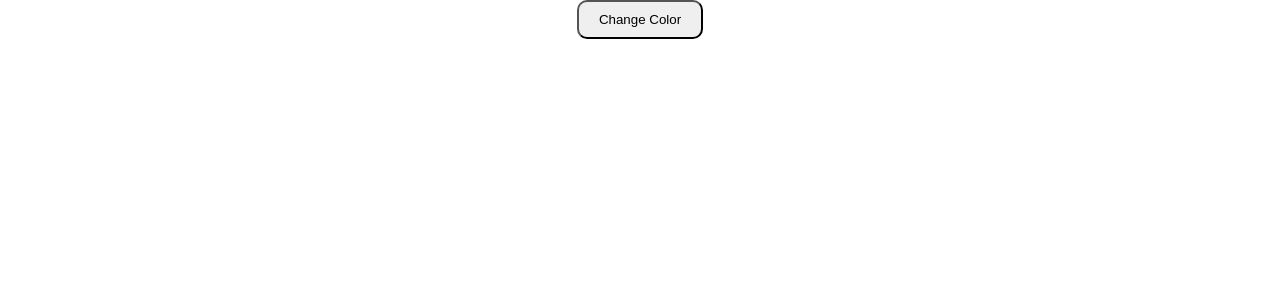
Repository: minhvtQA/randomBackgroundColor
Page: index.html
An editor plug-in stored every save of this project. The page is shown before and after the next save, followed by the edit.
The browser window is 1280 px wide. The pictures show the whole page.

Above is the page before, as saved 2021-11-07 16:54:08.

### index.html
<!DOCTYPE html>
<html lang="en">
<head>
    <meta charset="UTF-8">
    <meta http-equiv="X-UA-Compatible" content="IE=edge">
    <meta name="viewport" content="width=device-width, initial-scale=1.0">
    <title>Document</title>

    <link rel="stylesheet" href="reset.css">
    <link rel="stylesheet" href="styles.css">
    <link href="https://fonts.googleapis.com/css2?family=Poppins:wght@100;300;700&display=swap" rel="stylesheet">
    <link rel="stylesheet" href="https://cdnjs.cloudflare.com/ajax/libs/font-awesome/6.0.0-beta2/css/all.min.css" integrity="sha512-YWzhKL2whUzgiheMoBFwW8CKV4qpHQAEuvilg9FAn5VJUDwKZZxkJNuGM4XkWuk94WCrrwslk8yWNGmY1EduTA==" crossorigin="anonymous" referrerpolicy="no-referrer" />
</head>
<body>
    <div class="background">
        <button>Change Color</button>
    </div>
    <script src=""></script>
</body>
</html>

### styles.css
html {
  margin: 0;
  padding: 0;
  font-size: 62.5%;
}
.background {
  text-align: center;
}
button {
  padding: 1rem 2rem;
  border-radius: 1rem;
  text-align: center;
}

Loaded but not shown: reset.css (common file)

After the next save:
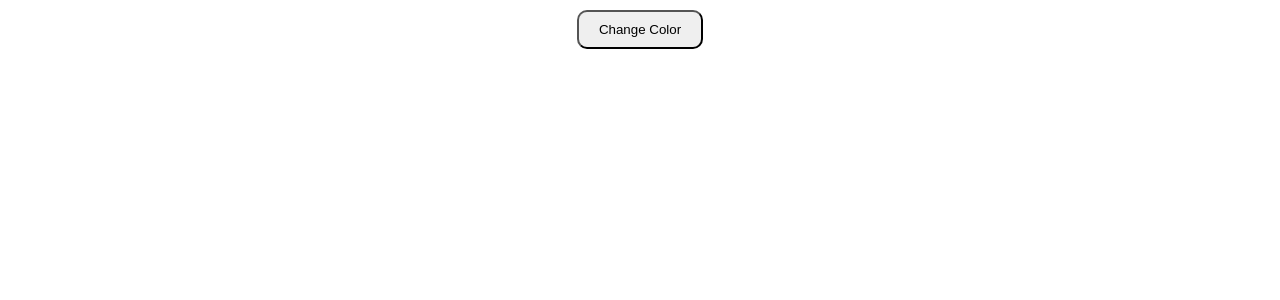
Saved 9 s later.
--- a/styles.css
+++ b/styles.css
@@ -5,6 +5,7 @@ html {
 }
 .background {
   text-align: center;
+  margin-top: 1rem;
 }
 button {
   padding: 1rem 2rem;
